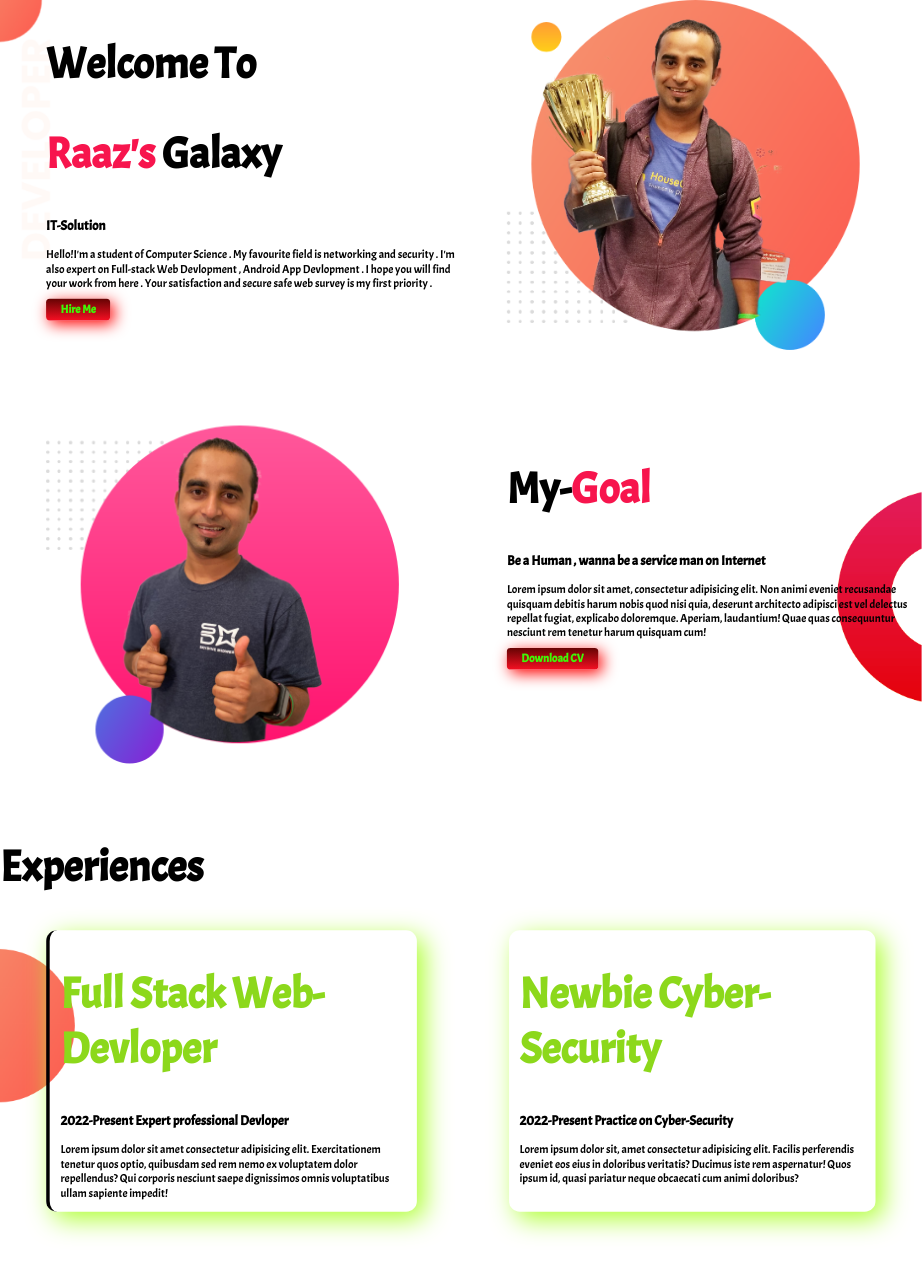
Repository: ramizraaz/my-portfolio
Page: about.html
An editor plug-in stored every save of this project. The page is shown before and after the next save, followed by the edit.
The browser window is 1280 px wide. The pictures show the whole page, at 72% of full size.

Above is the page before, as saved 2022-01-18 16:23:48.

### about.html
<!DOCTYPE html>
<html lang="en">

<head>
    <meta charset="UTF-8">
    <meta http-equiv="X-UA-Compatible" content="IE=edge">
    <meta name="viewport" content="width=device-width, initial-scale=1.0">
    <title>Raaz Portfolio</title>
    <link rel="preconnect" href="https://fonts.googleapis.com">
    <link rel="preconnect" href="https://fonts.gstatic.com" crossorigin>
    <link href="https://fonts.googleapis.com/css2?family=Acme&family=Lobster&family=Permanent+Marker&display=swap" rel="stylesheet">
    <link rel="stylesheet" href="design.css">
</head>

<body>
    <section class="top flex-container">
        <div class="content">
            <h1>Welcome To</h1>
            <h1><span> Raaz's </span>Galaxy</h1>
            <h3>IT-Solution</h3>
            <p>Hello!I'm a student of Computer Science . My favourite field is networking and security . I'm also expert on Full-stack Web Devlopment , Android App Devlopment . I hope you will find your work from here . Your satisfaction and secure safe
                web survey is my first priority .</p>
            <a class="link-button" href="" target="_blank">Hire Me</a>
        </div>
        <div class="content">
            <img src="images/jhankar.png" alt="Personal Profile">
        </div>
    </section>
    <section class="middle flex-container">
        <div class="content">
            <img src="images/jhankar2.png" alt="Personal Profile">
        </div>
        <div class="content">
            <h1>My-<span id="middHeadder">Goal</span></h1>
            <h3>Be a Human , wanna be a service man on Internet</h3>
            <p>Lorem ipsum dolor sit amet, consectetur adipisicing elit. Non animi eveniet recusandae quisquam debitis harum nobis quod nisi quia, deserunt architecto adipisci est vel delectus repellat fugiat, explicabo doloremque. Aperiam, laudantium! Quae
                quas consequuntur nesciunt rem tenetur harum quisquam cum!</p>
            <a class="link-button" href="" target="_blank">Download CV</a>
        </div>
    </section>
    <section class="bottom">
        <h1>Experiences</h1>
        <div class="flex-container">
            <div id="web-dev" class="exp-items">
                <h1 class="ex-h-color">Full Stack Web-Devloper</h1>
                <h3>2022-Present Expert professional Devloper</h3>
                <p>Lorem ipsum dolor sit amet consectetur adipisicing elit. Exercitationem tenetur quos optio, quibusdam sed rem nemo ex voluptatem dolor repellendus? Qui corporis nesciunt saepe dignissimos omnis voluptatibus ullam sapiente impedit!</p>
            </div>
            <div class="exp-items">
                <h1 class="ex-h-color">Newbie Cyber-Security </h1>
                <h3>2022-Present Practice on Cyber-Security</h3>
                <p>Lorem ipsum dolor sit, amet consectetur adipisicing elit. Facilis perferendis eveniet eos eius in doloribus veritatis? Ducimus iste rem aspernatur! Quos ipsum id, quasi pariatur neque obcaecati cum animi doloribus?</p>
            </div>
        </div>
    </section>
</body>

</html>

### design.css
body {
    font-family: 'Acme', sans-serif;
    margin: 0;
}

h1 {
    font-size: 60px;
}

span {
    color: rgb(247, 21, 77);
}

.flex-container {
    display: flex;
    /* Using this attribute for show photo and content flexible left right part */
    margin-bottom: 100px;
}

.content {
    width: 50%;
    /*to make 2 div 50//50 size*/
    padding-left: 5%;
}

.content img {
    width: 85%;
    /*adjusting image*/
}

.link-button {
    text-decoration: none;
    background-image: linear-gradient(rgb(102, 3, 3), #f50f22);
    padding: 5px 20px;
    border-radius: 5px;
    font-weight: 800;
    color: rgb(63, 247, 7);
    box-shadow: 5px 5px 20px red;
}

.top {
    background-image: url(images/top-banner.png);
    background-repeat: no-repeat;
}

.middle {
    background-image: url(images/dream-bg.png);
    background-repeat: no-repeat;
    background-position: right;
}

.middHeadder {
    color: crimson;
}

.ex-h-color {
    color: rgb(140, 216, 27);
}

.bottom {
    background-image: url(images/exp-bg.png);
    background-repeat: no-repeat;
    background-position: left;
}

.exp-items {
    width: 40%;
    margin-left: 5%;
    margin-right: 5%;
    padding-left: 15px;
    border-radius: 15px;
    box-shadow: 10px 10px 35px greenyellow;
}

#web-dev {
    border-left: 5px solid;
}

After the next save:
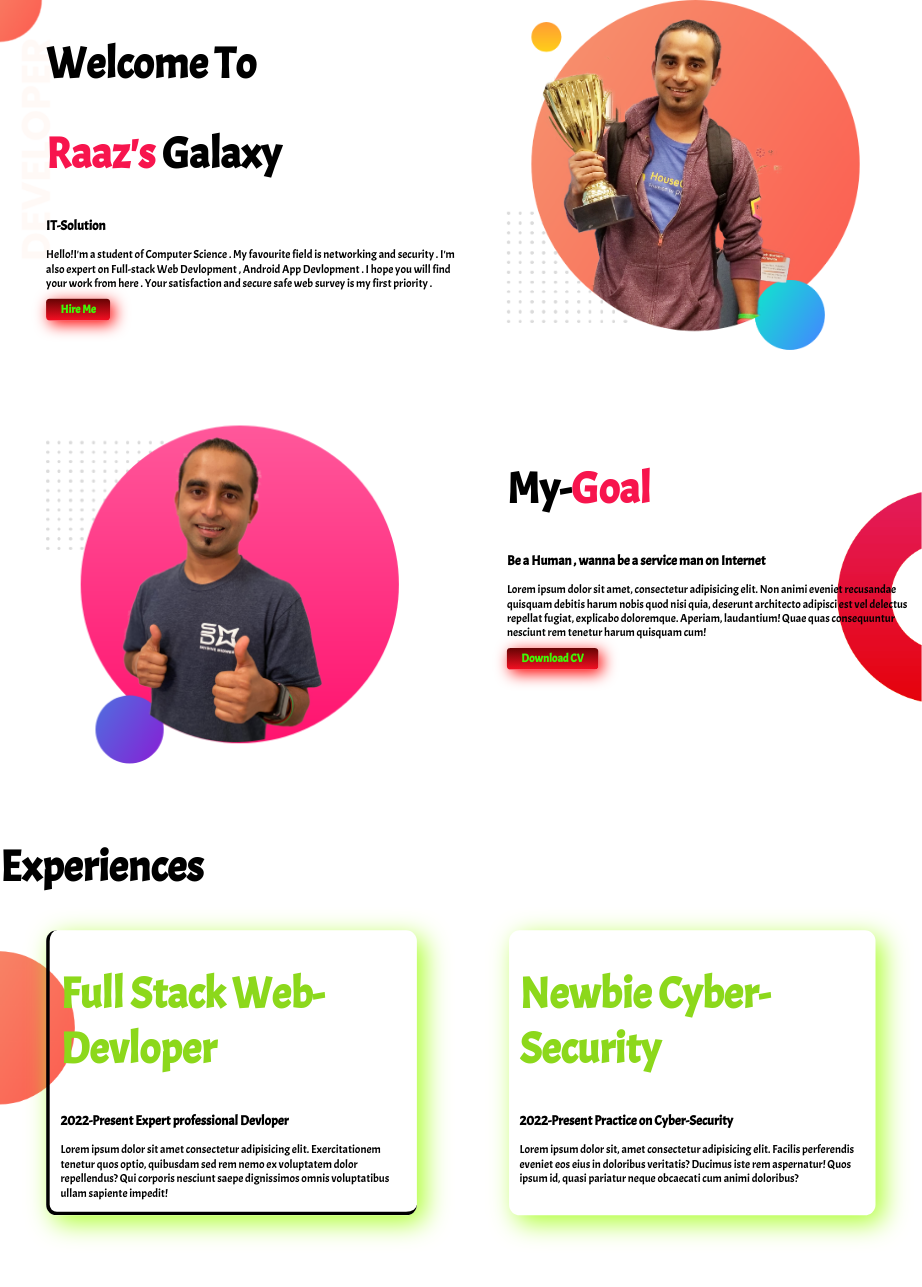
Saved 12 s later.
--- a/design.css
+++ b/design.css
@@ -74,4 +74,5 @@ span {
 
 #web-dev {
     border-left: 5px solid;
+    border-bottom: 5px solid;
 }
